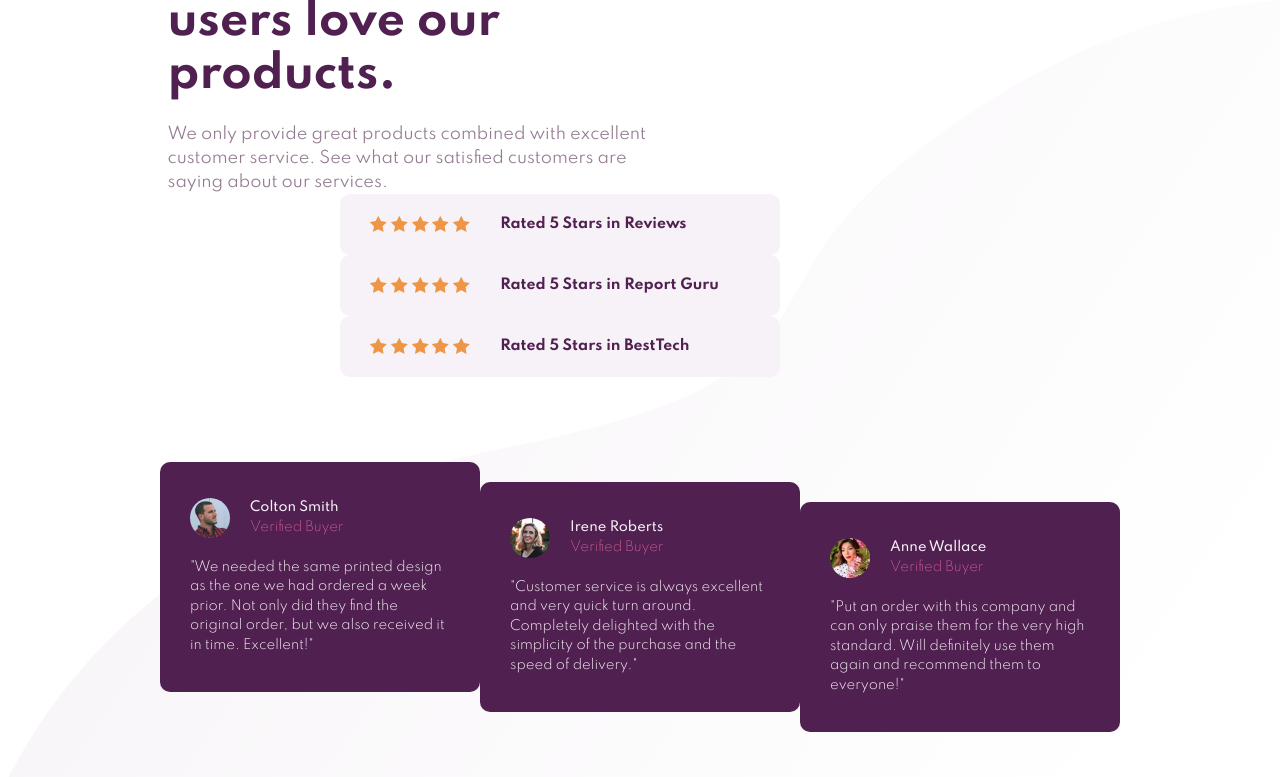
Repository: metehankasapp/social-proof-section-master
Page: index.html
The author's editor kept a copy of each file at every save. The page is drawn from the files as they stood at one save, then again after the next save.
The browser window is 1280 px wide. The pictures show the whole page.
Some web libraries are served in a nearby version.

Above is the page before, as saved 2021-12-05 09:06:12.

After the next save:
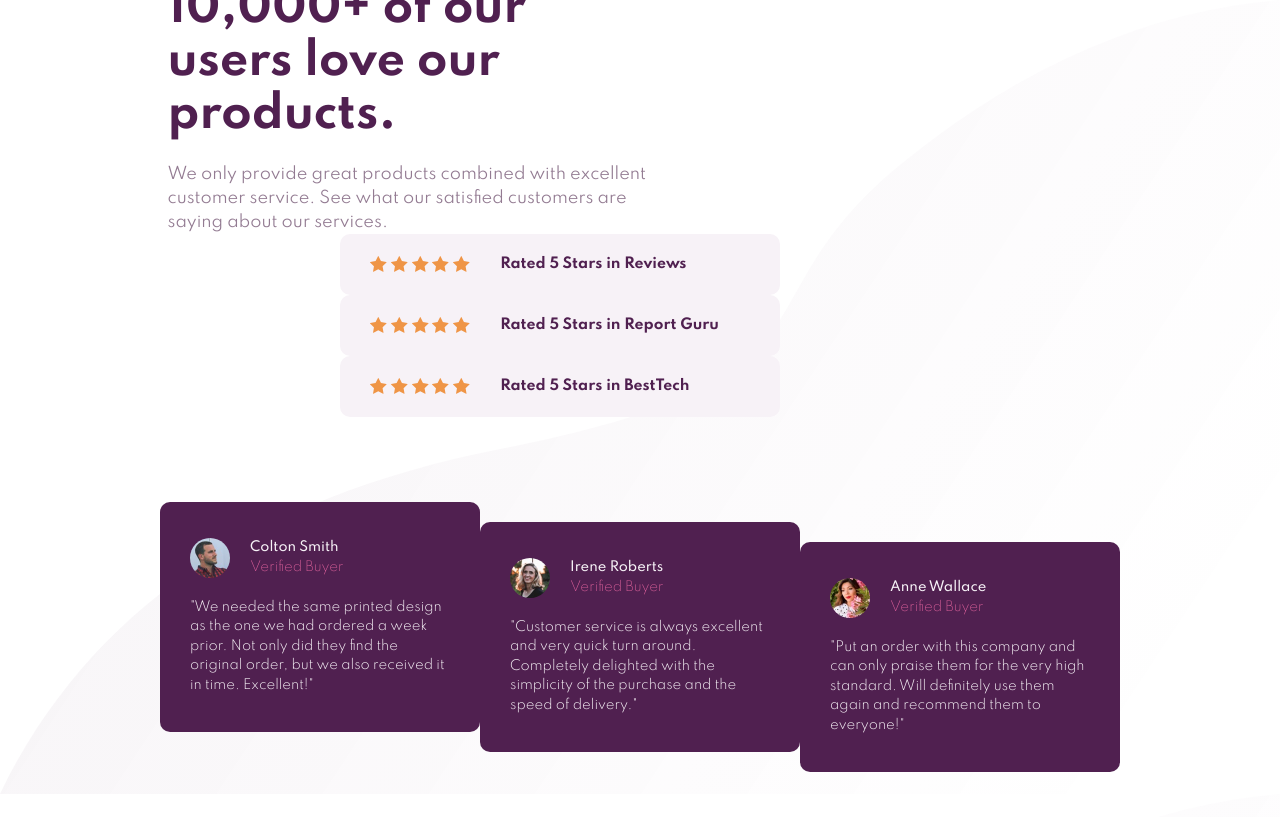
Saved 16 s later.
--- a/style.css
+++ b/style.css
@@ -24,6 +24,7 @@ body {
   padding-left: 100px;
 }
 .header-ctr {
+    margin-top: 8rem;
   margin-right: 0 !important;
   margin-left: 0 !important;
 }
